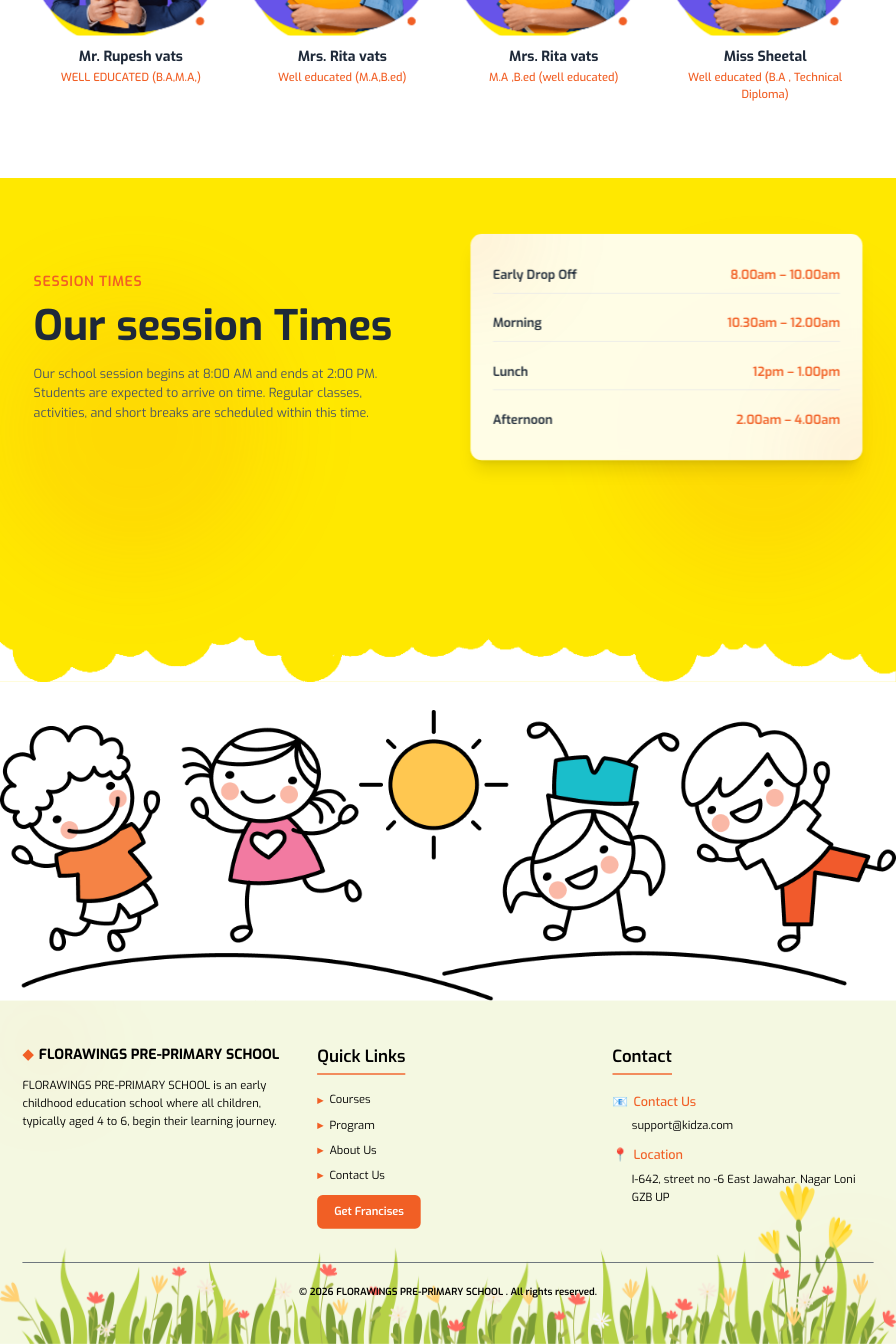
Repository: deepak445566/school
Page: / (app in okwork/)
These files come from the project's save history. The page is drawn as it stood at one moment and after a run of saves; the edit follows.
The browser window is 1280 px wide. The pictures show the part of the page from y = 2956 to 4876 px (the page is 4876 px tall), at 70% of full size.
Some web fonts or font styles are not loaded; a fallback is used. The project was rebuilt for these pictures with package versions that can differ from the ones it lists, and the page was loaded fresh each time. Some packages were replaced by stand-ins written for this rebuild. Also part of the build but not shown: okwork/vite.config.js.

Above is the page before, as saved 2026-02-18 20:56:07.

After the next 2 saves:
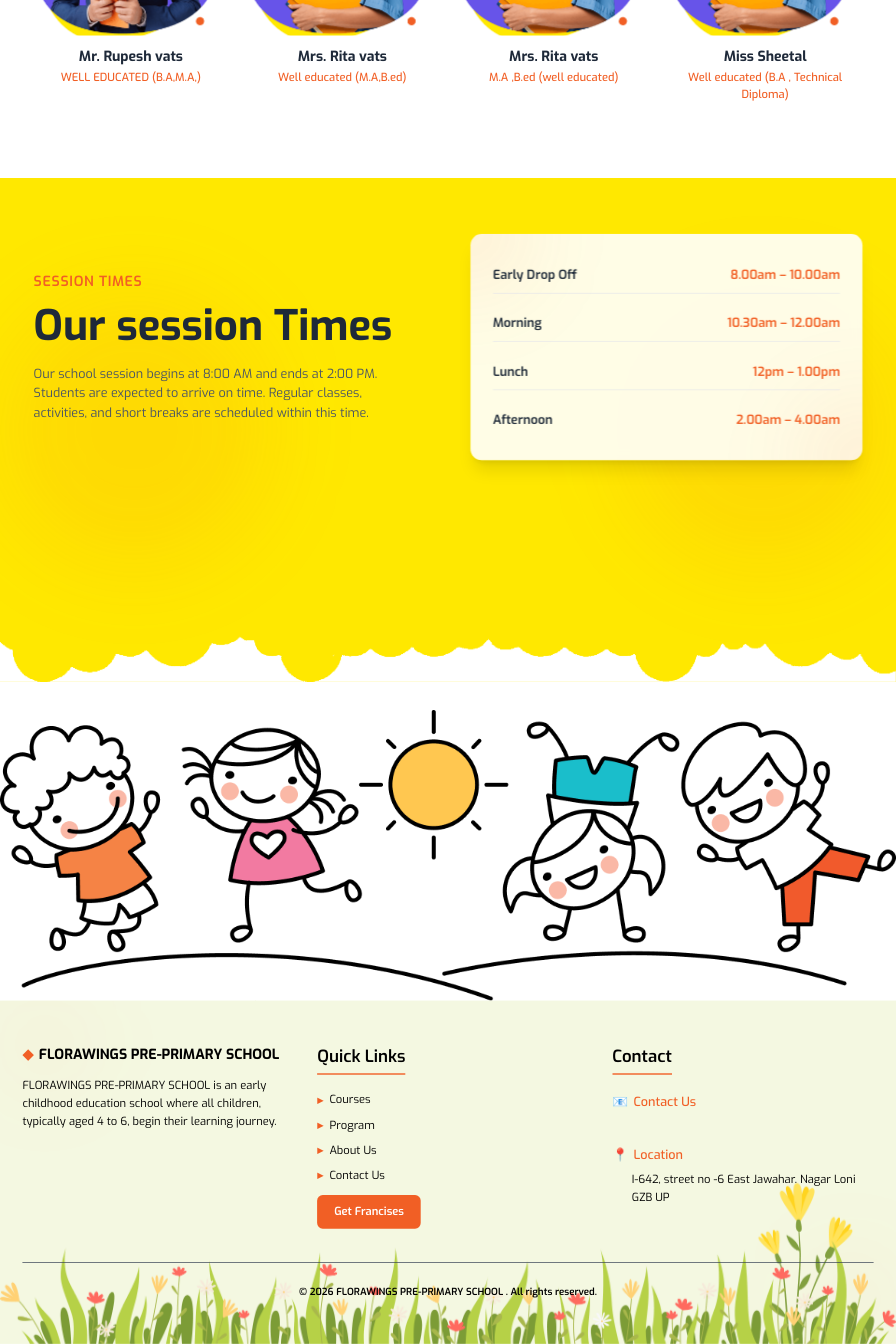
The 2 saves are shown as one change because they came seconds apart.
The last was saved 9 s later.
--- a/okwork/src/components/Footer.jsx
+++ b/okwork/src/components/Footer.jsx
@@ -63,7 +63,7 @@
                 <span>📧</span> Contact Us
               </h4>
               <a href="mailto:support@kidza.com" className="text-black hover:text-[#F15F25] transition-colors text-sm md:text-base break-all pl-7">
-                support@kidza.com
+
               </a>
             </div>
 
